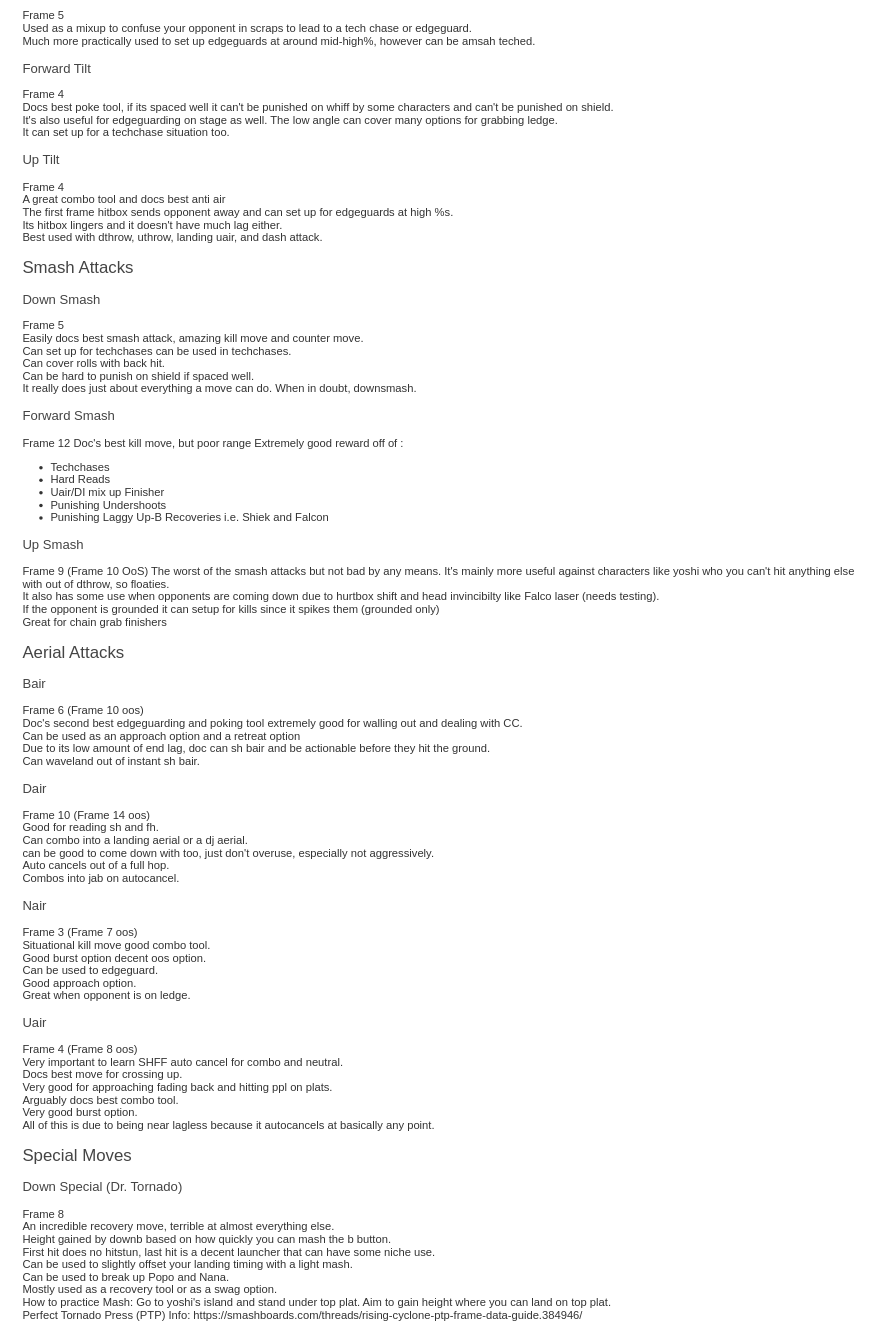
Repository: MatthewBakley/Doc-Document
Page: / (app in melee-doc-web/)
An editor plug-in stored every save of this project. The page is shown before and after the next save, followed by the edit.
The browser window is 1280 px wide. The pictures show the part of the page from y = 881 to 2801 px (the page is 2801 px tall), at 70% of full size.
The project was rebuilt for these pictures with package versions that can differ from the ones it lists, and the page was loaded fresh each time. Also part of the build but not shown: melee-doc-web/angular.json.

Above is the page before, as saved 2022-10-29 15:15:32.

### melee-doc-web/src/index.html
<!doctype html>
<html lang="en">
<head>
  <meta charset="utf-8">
  <title>MeleeDocWeb</title>
  <base href="/">
  <meta name="viewport" content="width=device-width, initial-scale=1">
  <link rel="icon" type="image/x-icon" href="favicon.ico">
</head>
<body>
  <app-root></app-root>
</body>
</html>

### melee-doc-web/src/app/app.component.ts
import { Component } from '@angular/core';

@Component({
  selector: 'app-root',
  templateUrl: './app.component.html',
  styleUrls: ['./app.component.css']
})
export class AppComponent {
  title = 'Melee Dr. Mario';
}

### melee-doc-web/src/app/app.component.html
<h1> {{title}}</h1>

<h1>Moveset</h1>
<p><a href="https://meleeframedata.com/dr._mario">Doc Moveset Frame Data</a><br>
  This guide will talk more in terms of application.
</p>


<h2>Jabs</h2>

<h3>Jab 1</h3>
<p>
  Frame 2<br>
  One of Docs most useful neutral mixup tools,
  it can set up for things like downsmash and grab. <br>
  Great for interrupting opponents movement and beating longer startup moves.<br>
  Ends frame 15 making it a great option to call out floaty landings as well. <br>
</p>
<h3>Jab 2</h3>
<p>
  Frame 2<br>
  Not often utilized and for good reason, its basically just jab 1 but you have to do jab 1 to set
  it up, which means that it can be used as an additional mixup out of Jab 1, but not much else.
</p>
<h3>Jab 3</h3>
<p>
  Frame 4<br>
  The same as jab 2 except has some knockback to it so it can be a get off me tool at times and
  it can work on shield some what well, also has one of the lowest reaches of any of his moves
  at ledge.
</p>

<h3>Dash Attack</h3>
<p>
  Frame 6<br>
  Situational combo tool<br>
  Decent burst option<br>
  Sends opponents straight up<br>
  Can cause doc to “low profile” certain moves.<br>
  Leads to a techchase, especially on fast fallers.
</p>

<h2>Tilts</h2>

<h3>Down Tilt</h3>
<p>
  Frame 5<br>
  Used as a mixup to confuse your opponent in scraps to lead to a tech chase or edgeguard.<br>
  Much more practically used to set up edgeguards at around mid-high%, however can be amsah teched.
</p>
<h3>Forward Tilt</h3>
<p>Frame 4<br>
  Docs best poke tool, if its spaced well it can't be punished on whiff
  by some characters and can't be punished on shield.<br>
  It's also useful for edgeguarding on stage as well.
  The low angle can cover many options for grabbing ledge.<br>
  It can set up for a techchase situation too.
  </p>
<h3>Up Tilt</h3>
<p>
  Frame 4<br>
  A great combo tool and docs best anti air<br>
  The first frame hitbox sends opponent away and can set up for edgeguards at high %s.<br>
  Its hitbox lingers and it doesn't have much lag either.<br>
  Best used with dthrow, uthrow, landing uair, and dash attack.
</p>

<h2>Smash Attacks</h2>

<h3>Down Smash</h3>
<p>
  Frame 5<br>
  Easily docs best smash attack, amazing kill move and counter move.<br>
  Can set up for techchases can be used in techchases.<br>
  Can cover rolls with back hit.<br>
  Can be hard to punish on shield if spaced well.<br>
  It really does just about everything a move can do. When in doubt, downsmash.
</p>
<h3>Forward Smash</h3>
<p>
  Frame 12
  Doc's best kill move, but poor range
  Extremely good reward off of :
  </p>
  <ul>
    <li>Techchases</li>
    <li>Hard Reads</li>
    <li>Uair/DI mix up Finisher</li>
    <li>Punishing Undershoots</li>
    <li>Punishing Laggy Up-B Recoveries i.e. Shiek and Falcon</li>
  </ul>
<h3>Up Smash</h3>
<p>
  Frame 9 (Frame 10 OoS)
  The worst of the smash attacks but not bad by any means. It's mainly more useful against
  characters like yoshi who you can't hit anything else with out of dthrow, so floaties.<br>
  It also has some use when opponents are coming down due to hurtbox shift and head invincibilty
  like Falco laser (needs testing).<br>
  If the opponent is grounded it can setup for kills since it spikes them (grounded only)<br>
  Great for chain grab finishers
</p>

<h2>Aerial Attacks</h2>
<h3>Bair</h3>
<p>
  Frame 6 (Frame 10 oos)<br>
  Doc's second best edgeguarding and poking tool extremely good for walling out
  and dealing with CC.<br>
  Can be used as an approach option and a retreat option<br>
  Due to its low amount of end lag, doc can sh bair
  and be actionable before they hit the ground.<br>
  Can waveland out of instant sh bair.
  </p>
<h3>Dair</h3>
<p>
  Frame 10 (Frame 14 oos)<br>
  Good for reading sh and fh.<br>
  Can combo into a landing aerial or a dj aerial.<br>
  can be good to come down with too, just don't overuse, especially not aggressively.<br>
  Auto cancels out of a full hop.<br>
  Combos into jab on autocancel.
</p>
<h3>Nair</h3>
<p>
  Frame 3 (Frame 7 oos)<br>
  Situational kill move good combo tool.<br>
  Good burst option decent oos option.<br>
  Can be used to edgeguard.<br>
  Good approach option.<br>
  Great when opponent is on ledge.
</p>
<h3>Uair</h3>
<p>Frame 4 (Frame 8 oos)<br>
  Very important to learn SHFF auto cancel for combo and neutral.<br>
  Docs best move for crossing up.<br>
  Very good for approaching fading back and hitting ppl on plats.<br>
  Arguably docs best combo tool.<br>
  Very good burst option.<br>
  All of this is due to being near lagless because it autocancels at basically any point.<br>
 </p>

<h2>Special Moves</h2>
<h3>Down Special (Dr. Tornado)</h3>
<p>
  Frame 8<br>
  An incredible recovery move, terrible at almost everything else.<br>
  Height gained by downb based on how quickly you can mash the b button.<br>
  First hit does no hitstun, last hit is a decent launcher that can have some niche use.<br>
  Can be used to slightly offset your landing timing with a light mash.<br>
  Can be used to break up Popo and Nana.<br>
  Mostly used as a recovery tool or as a swag option.<br>
  How to practice Mash:
  Go to yoshi's island and stand under top plat.
  Aim to gain height where you can land on top plat.<br>
  Perfect Tornado Press (PTP) Info:
  https://smashboards.com/threads/rising-cyclone-ptp-frame-data-guide.384946/<br>
</p>

Loaded but not shown: melee-doc-web/src/styles.css (common file); melee-doc-web/src/main.ts (common file); melee-doc-web/src/app/app.module.ts (common file); melee-doc-web/src/environments/environment.ts (common file); melee-doc-web/src/app/app.component.css (no stored copy; drawn as an empty file)

After the next save:
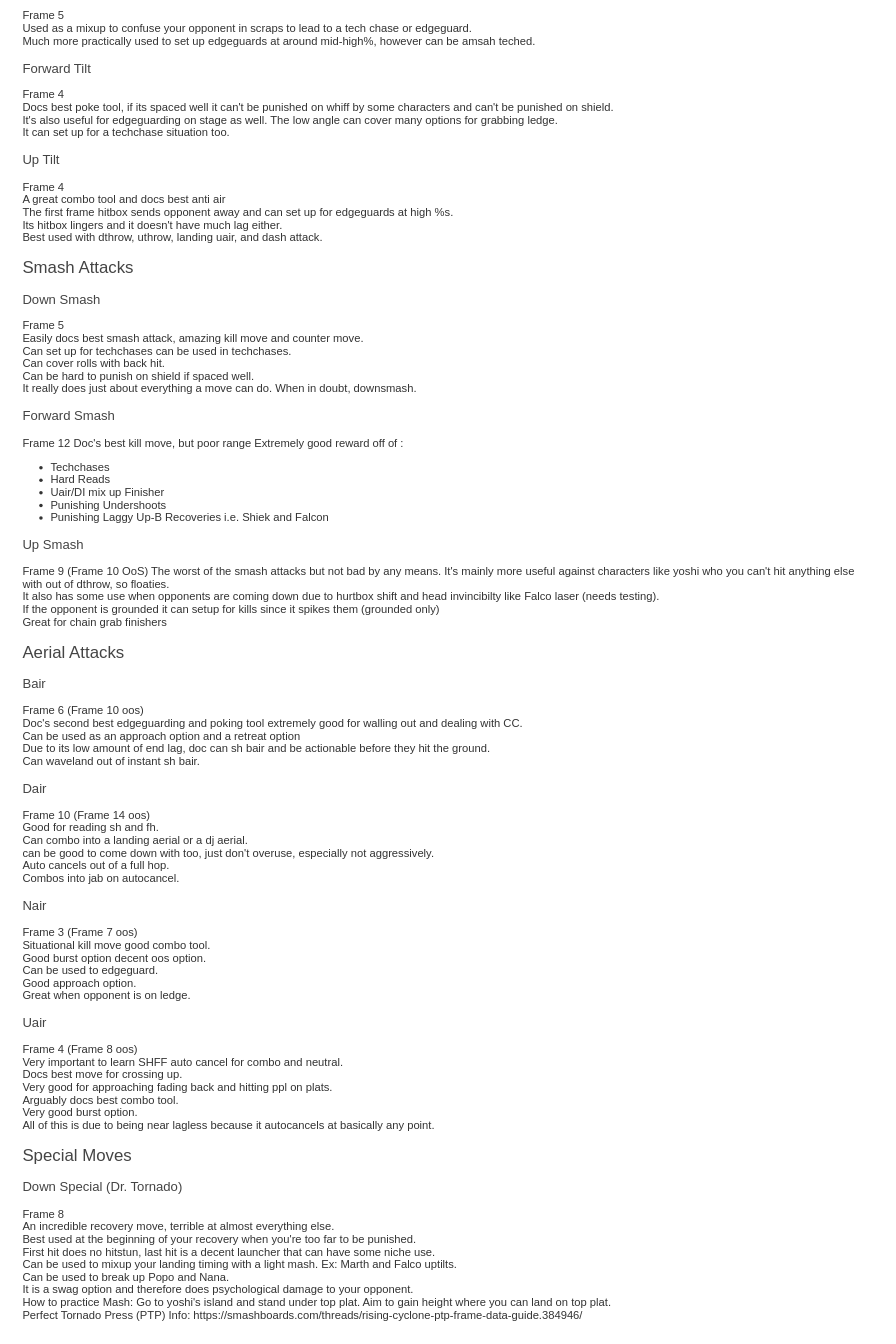
Saved 3 min 15 s later.
--- a/melee-doc-web/src/app/app.component.html
+++ b/melee-doc-web/src/app/app.component.html
@@ -144,11 +144,12 @@
 <p>
   Frame 8<br>
   An incredible recovery move, terrible at almost everything else.<br>
-  Height gained by downb based on how quickly you can mash the b button.<br>
+  Best used at the beginning of your recovery when you're too far to be punished.<br>
   First hit does no hitstun, last hit is a decent launcher that can have some niche use.<br>
-  Can be used to slightly offset your landing timing with a light mash.<br>
+  Can be used to mixup your landing timing with a light mash.
+  Ex: Marth and Falco uptilts.<br>
   Can be used to break up Popo and Nana.<br>
-  Mostly used as a recovery tool or as a swag option.<br>
+  It is a swag option and therefore does psychological damage to your opponent.<br>
   How to practice Mash:
   Go to yoshi's island and stand under top plat.
   Aim to gain height where you can land on top plat.<br>
